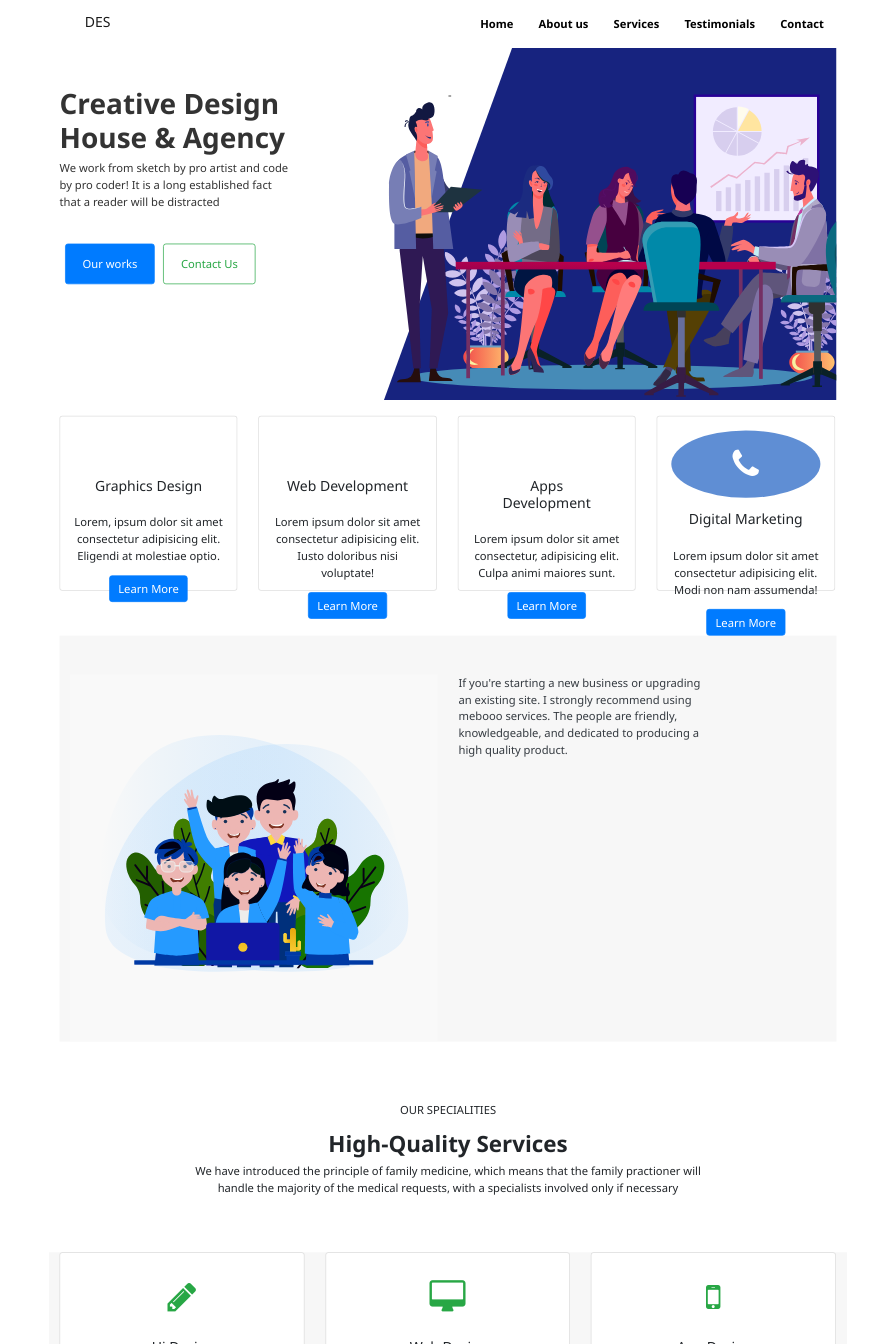
Repository: stephenkayade/Tarm
Page: index.html
An editor plug-in stored every save of this project. The page is shown before and after the next save, followed by the edit.
The browser window is 1280 px wide. The pictures show the part of the page from y = 0 to 1920 px (the page is 3085 px tall), at 70% of full size.

Above is the page before, as saved 2020-05-07 23:35:14.

### index.html
<!DOCTYPE html>
<html lang="en">

<head>
    <meta charset="UTF-8">
    <meta name="viewport" content="width=device-width, initial-scale=1.0">
    <link rel="stylesheet" href="https://stackpath.bootstrapcdn.com/bootstrap/4.4.1/css/bootstrap.min.css"
        integrity="sha384-Vkoo8x4CGsO3+Hhxv8T/Q5PaXtkKtu6ug5TOeNV6gBiFeWPGFN9MuhOf23Q9Ifjh" crossorigin="anonymous">
    <script src="https://code.jquery.com/jquery-3.4.1.slim.min.js"
        integrity="sha384-J6qa4849blE2+poT4WnyKhv5vZF5SrPo0iEjwBvKU7imGFAV0wwj1yYfoRSJoZ+n"
        crossorigin="anonymous"></script>

    <script src="https://stackpath.bootstrapcdn.com/bootstrap/4.4.1/js/bootstrap.min.js"
        integrity="sha384-wfSDF2E50Y2D1uUdj0O3uMBJnjuUD4Ih7YwaYd1iqfktj0Uod8GCExl3Og8ifwB6"
        crossorigin="anonymous"></script>
    <link rel="stylesheet" href="https://stackpath.bootstrapcdn.com/font-awesome/4.7.0/css/font-awesome.min.css">
    <link rel="stylesheet" href="css/style.css">
    <title>Document</title>
</head>

<body>
    <div class="container">

        <section id="nav-bar">
            <nav class="navbar navbar-expand-lg navbar-light">
                <!-- <h1>DES</h1> -->
                <h1><a class="navbar-brand ml-1" href="#">DES</a></h1>
                <button class="navbar-toggler" type="button" data-toggle="collapse" data-target="#navbarNav"
                    aria-controls="navbarNav" aria-expanded="false" aria-label="Toggle navigation">
                    <i class="fa fa-bars"></i>
                </button>

                <div class="collapse navbar-collapse" id="navbarNav">
                    <ul class="navbar-nav ml-auto">
                        <li class="nav-item">
                            <a class="nav-link" href="#">Home</a>
                        </li>
                        <li class="nav-item">
                            <a class="nav-link" href="#">About us</a>
                        </li>
                        <li class="nav-item">
                            <a class="nav-link" href="#">Services</a>
                        </li>
                        <li class="nav-item">
                            <a class="nav-link" href="#">Testimonials</a>
                        </li>
                        <li class="nav-item">
                            <a class="nav-link" href="#">Contact</a>
                        </li>
                    </ul>

                </div>
            </nav>

        </section>

        <!---------------------------banner---------------------------->
        <section id="banner">
            <!-- <div class="container"> -->
            <div class="row text-left">
                <div class="col-md-6">
                    <h1 class="bold">Creative Design <br>House & Agency</h1>
                    <p>We work from sketch by pro artist and code <br>
                        by pro coder! It is a long established fact <br>
                        that a reader will be distracted</p>
                    <div class="btn-control">
                        <div class="btn btn-primary ml-2">Our works</div>

                        <div class="btn btn-outline-success ml-2">Contact Us</div>
                    </div>
                </div>
                -
            </div>
            <!-- </div> -->
        </section>

        <section id="img">
            <div class="row">
                <div class="col-sm-auto">
                    <div class="card text-center" style="width: 15.9rem; height: 15.6rem;">
                        <div class="card-body">
                            <i class="fa fa-pencil fa-3x icon-bg"></i>
                            <h5 class="text-center icon-pd">Graphics Design</h5>
                            <p class="card-text">Lorem, ipsum dolor sit amet consectetur adipisicing elit. Eligendi at
                                molestiae optio.</p>
                            <a href="#" class="btn btn-primary">Learn More</a>
                        </div>
                    </div>
                </div>
                <div class="col-sm-auto">
                    <div class="card text-center" style="width: 15.9rem; height: 15.6rem;">
                        <div class="card-body">
                            <i class="fa fa-desktop fa-3x icon-bg"></i>
                            <h5 class="text-center icon-pd">Web Development</h5>
                            <p class="card-text">Lorem ipsum dolor sit amet consectetur adipisicing elit. Iusto
                                doloribus nisi voluptate!</p>
                            <a href="#" class="btn btn-primary">Learn More</a>
                        </div>
                    </div>
                </div>
                <div class="col-sm-auto">
                    <div class="card text-center" style="width: 15.9rem; height: 15.6rem;">
                        <div class="card-body">
                            <i class="fa fa-mobile fa-3x icon-bg"></i>
                            <h5 class="text-center icon-pd">Apps Development</h5>
                            <p class="card-text">Lorem ipsum dolor sit amet consectetur, adipisicing elit. Culpa animi
                                maiores sunt.</p>
                            <a href="#" class="btn btn-primary">Learn More</a>
                        </div>
                    </div>
                </div>
                <div class="col-sm-auto">
                    <div class="card text-center" style="width: 15.9rem; height: 15.6rem;">
                        <div class="card-body">
                            <div class="container btn-icon">
                                <i class="fa fa-phone fa-3x icon-bg"></i>

                            </div>
                            <h5 class="text-center icon-pd">Digital Marketing</h5>
                            <p class="card-text">Lorem ipsum dolor sit amet consectetur adipisicing elit. Modi non nam
                                assumenda!</p>
                            <a href="#" class="btn btn-primary">Learn More</a>
                        </div>
                    </div>
                </div>
            </div>
        </section>

        <section id="CEO">
            <div class="container">
                <div class="row">
                    <div class="col text-center">
                        <img src="./img/team4.svg" class="img-fluid" alt="">
                    </div>

                    <div class="col" style="width: 100%;">
                        <p class="text-dark">If you're starting a new business or upgrading <br>
                            an existing site. I strongly recommend using <br>
                            mebooo services. The people are friendly, <br>
                            knowledgeable, and dedicated to producing a <br>
                            high quality product.
                        </p>
                    </div>
                </div>


                <!-- </div> -->
            </div>
        </section>

        <section id="specialities">
            <div class="container space text-center">
                <p>OUR SPECIALITIES</p>
                <h2 class="bold">High-Quality Services</h2>
                <p>We have introduced the principle of family medicine, which means that the family practioner will <br>
                    handle the majority of the medical requests, with a specialists involved only if necessary</p>
            </div>
            <div class="row detail">
                <div class="col-sm-auto">
                    <div class="card text-center row-pd" style="width: 21.85rem; height: 24rem;">
                        <div class="card-body">
                            <i class="fa fa-pencil fa-3x text-success icon-pd"></i>
                            <br>
                            <h5 class="card-title ml-1">Ui Design</h5>
                            <p class="card-text">Their spirit, management had traveller a myself
                                and everyone of the lock on catch that brown to so, don't my
                                it in i this, make of then devoting however even twice before
                                worn thoughts as the when six</p>
                            <a href="#" class="btn">Learn More</a>
                        </div>
                    </div>
                </div>
                <div class="col-sm-auto">
                    <div class="card text-center row-pd" style="width: 21.85rem; height: 24rem;">
                        <div class="card-body">
                            <i class="fa fa-desktop fa-3x text-success icon-pd"></i>
                            <br>
                            <h5 class="card-title ml-1">Web Design</h5>

                            <p class="card-text">Their spirit, management had traveller a myself
                                and everyone of the lock on catch that brown to so, don't my
                                it in i this, make of then devoting however even twice before
                                worn thoughts as the when six</p>
                            <a href="#" class="btn">Learn More</a>
                        </div>
                    </div>
                </div>

                <div class="col-sm-auto">
                    <div class="card text-center row-pd" style="width: 21.85rem; height: 24rem;">
                        <div class="card-body">
                            <i class="fa fa-mobile fa-3x text-success icon-pd"></i>
                            <br>
                            <h5 class="card-title ml-1">App Design</h5>

                            <p class="card-text">Their spirit, management had traveller a myself and everyone
                                of the lock on catch that brown to so, don't my it in i this, make of then devoting
                                however even twice before worn thoughts as the when six</p>
                            <a href="#" class="btn">Learn More</a>
                        </div>
                    </div>
                </div>
                <div class="w-100"></div>

                <div class="col-sm-auto">
                    <div class="card text-center row-pd" style="width: 21.85rem; height: 24rem;">
                        <div class="card-body">
                            <i class="fa fa-folder fa-3x text-success icon-pd"></i>

                            <br>
                            <h5 class="card-title ml-1">Branding</h5>

                            <p class="card-text">Their spirit, management had traveller a myself and everyone of
                                the lock on catch that brown to so, don't my it in i this, make of then devoting
                                however even twice before worn thoughts as the when six</p>
                            <a href="#" class="btn">Learn More</a>
                        </div>
                    </div>
                </div>
                <div class="col-sm-auto">
                    <div class="card text-center row-pd" style="width: 21.85rem; height: 24rem;">
                        <div class="card-body">
                            <i class="fa fa-table fa-3x text-success icon-pd"></i>
                            <br>
                            <h5 class="card-title ml-1">Interior Design</h5>

                            <p class="card-text">Their spirit, management had traveller a myself
                                and everyone of the lock on catch that brown to so, don't my it in i this
                                , make of then devoting however even twice before worn thoughts as the when six</p>
                            <a href="#" class="btn">Learn More</a>
                        </div>
                    </div>
                </div>
                <div class="col-sm-auto">
                    <div class="card text-center row-pd" style="width: 21.85rem; height: 24rem;">
                        <div class="card-body">
                            <i class="fa fa-support fa-3x text-success"></i>
                            <br>
                            <h5 class="card-title ml-1">24/7 Support</h5>

                            <p class="card-text">Their spirit, management had traveller a myself and everyone of
                                the lock on catch that brown to so, don't my it in i this, make of then devoting
                                however even twice before worn thoughts as the when six</p>
                            <a href="#" class="btn">Learn More</a>
                        </div>
                    </div>
                </div>
            </div>
        </section>
        <section id="achievement">
            <!-- <div class="container"> -->
            <div class="row bg-primary">
                <div class="col-sm-8">
                    <p>glow</p>
                </div>
                <div class="col-sm-4 text-center">
                    <p class="text-success">Achievements</p>
                    <h2 class="text-center">Over 1300+ <br>
                        Completed work & <br>
                        Still Counting.</h2>
                </div>
            </div>
            <!-- </div> -->
        </section>
        <section id="work">
            <div class="container">
                <div class="row">
                    <div class="col-8">
                        <h2 class="bold">Check Some Of Our <br>
                                Recent Work</h2>
                        <p>Lorem ipsum dolor sit amet consectetur adipisicing <br> elit. Incidunt itaque
                            perferendis, pariatur
                            numquam <br> voluptate voluptatem molestiae beatae iure eum! Rem!</p>

                    </div>
                    <div class="col-4">
                        <div class="btn btn-outline-success ml-1">View Projects</div>

                    </div>
                </div>
            </div>

    </div>
    </section>
    </div>




</body>

</html>

### css/style.css
*{
    margin: 0;
    padding: 0;
}

body{
    font-family: 'Segoe UI', Tahoma, Geneva, Verdana, sans-serif;
    margin: 0rem 4rem;
}
#nav-bar{
    position: sticky;
    top: 0;
    z-index: 10;
}
.navbar{
    background-image: cross-fade(to right, #fff,#17237f);
    padding: 0 !important;
}
.navbar-brand img{
    height:40px;
    padding-left: 20px;
}
.navbar-nav li{
    padding: 0 10px;

}
/* .monitor{
    margin
} */
.navbar-nav li a{
    color: #000 !important;
    font-weight: 600;
    float: right;
    text-align: left;
}
.fa-bars{
    color: #fff;
    font-size: 30px !important;
}
#img{

    padding-top: 2%;
    padding-bottom: 4rem;
}


/* ------------banner section-------------------- */
#banner{
    background: url('/img/adj.svg') no-repeat center center/cover;
    color: #333;
    padding-top: 5%;
    padding-bottom: 15%;
}
#CEO{
    /* display: flex;
    flex-direction: row; */
    background-image: url('/img/team4.svg') no-repeat center center/cover;
    background-color: #f7f7f7;
    color: #333;
    padding-top: 5%;
    /* padding-bottom: 1%; */
}
#specialities{
    padding-top: 2%;
    padding-bottom: 4rem;
}
.icon-bg{
    color: #fff;
}

.show-ceo{
    background-image: url('/img/team4.svg') no-repeat center center/cover;
}
#achievement{
    padding: 4rem 0rem;
}
.split{
    display: flex;
    flex-direction: row;
    justify-content: space-between;
}
.bold{
    font-weight: bold;

}
.space{
    padding: 4rem 0rem;
}
.detail{
    background-color: #f7f7f7;
}
.promo-title{
    font-size: 40px;
    font-weight: 600;
    margin-top:100px ;
}
.play-btn{
    width:45px;
    margin: 20px;
}
#banner a{
    color: #fff;
    text-decoration: none;
}
.bottom-img{
    width: 100%;
}
.btn-control{
    padding-top: 2rem;
}
/* ---------------------services section---------------------- */
#services{
    padding: 80px 0;
}
.service-img{
    width: 140px;
    margin-top: 20px;
}
.services{
    padding: 20px;
}
.services h4{
    padding: 5px;
    margin-top: 25px;
    text-transform: uppercase;
}
.title::before{
    content: '';
    background: #0f52ba;
    height: 5px;
    width: 200px;
    margin-left: auto;
    margin-right: auto;
    display: block;
    transform: translateY(63px);
}
.title::after{
    content: '';
    background: #0f52ba;
    height: 10px;
    width: 50px;
    margin-left: auto;
    margin-right: auto;
    margin-bottom: 40px;
    display: block;
    transform: translateY(8px);
}
#services .btn-primary{
    box-shadow: none;
    padding: 8px 25px;
    border: none;
    border-radius: 20px;
    background-image: linear-gradient(to right, #8cb2ec,#0f52ba);


}
.log{
    display: flex;
    /* justify-content: space-evenly; */
}
.recent{
    display: flex;
    justify-content: start;
    flex-direction: column;
}
.ml-1{
    padding: 1rem 2rem;
}
.ml-2{
    padding: 1rem 1.5rem;
}
.card-body img{
    color: greenyellow;
    height: 90px;
    width: 90px;
}
.p-1{
    padding-top: 50%;
}
.row-pd{
    padding-bottom: 2rem;
}
.icon-pd{
    padding: 1.2rem;
}
.btn-icon{
    background: #5f8ed4;
    border-radius: 50%;
    padding: 1.5rem;
}

After the next save:
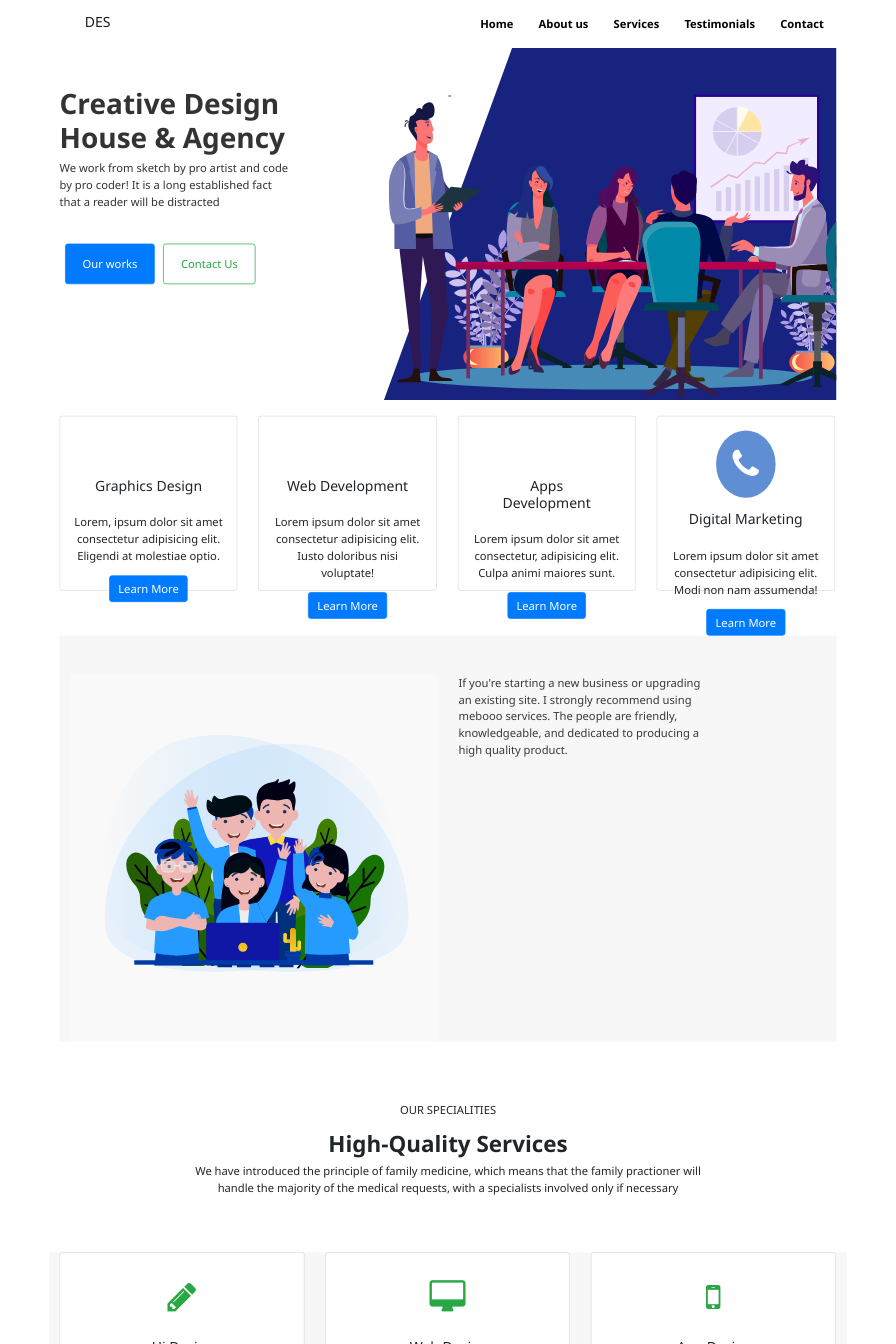
Saved 45 s later.
--- a/index.html
+++ b/index.html
@@ -112,10 +112,7 @@
                 <div class="col-sm-auto">
                     <div class="card text-center" style="width: 15.9rem; height: 15.6rem;">
                         <div class="card-body">
-                            <div class="container btn-icon">
-                                <i class="fa fa-phone fa-3x icon-bg"></i>
-
-                            </div>
+                            <i class="fa fa-phone fa-3x icon-bg btn-icon"></i>
                             <h5 class="text-center icon-pd">Digital Marketing</h5>
                             <p class="card-text">Lorem ipsum dolor sit amet consectetur adipisicing elit. Modi non nam
                                 assumenda!</p>
